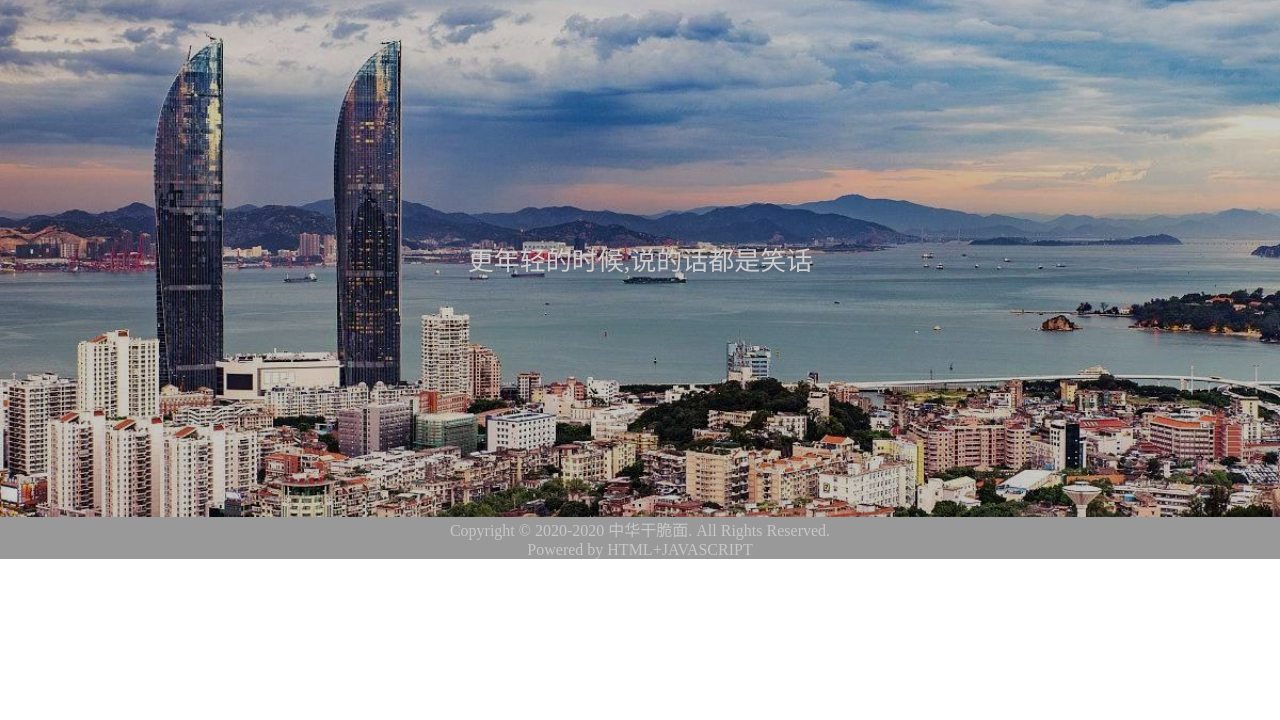
Repository: airsky0605/airsky0605.github.io
Page: index.html
These files come from the project's save history. The page is drawn as it stood at one moment and after a run of saves; the edit follows.
The browser window is 1280 px wide. The pictures show the whole page.

Above is the page before, as saved 2020-04-10 17:35:24.

### index.html
<!DOCTYPE html>
<html lang="en">
<head>
  <meta charset="UTF-8">
  <meta name="viewport" content="width=device-width, initial-scale=1.0">
  <meta http-equiv="X-UA-Compatible" content="ie=edge">
  <link rel="stylesheet" href="./css/common.css">
  <link rel="stylesheet" href="./css/reset.css">
  <title>Document</title>
</head>
<body>
  <div class="banner">
    <div class="inner">
      <p class="t1">更年轻的时候,说的话都是笑话</p>
    </div>
  </div>
  <footer class="footer">
    <div class="inner">
      <p>Copyright © 2020-2020 中华干脆面. All Rights Reserved.</p>
      <p>Powered by HTML+JAVASCRIPT</p>
    </div>
  </footer>
</body>
</html>

### css/common.css
.banner{
  position: relative;
  background: url(../img/banner.jpeg) 0% 50% / cover no-repeat;
}
.banner::after{
  content: "";
  position: absolute;
  top: 0px;
  left: 0px;
  width: 100%;
  height: 100%;
  z-index: 1;
  background: rgba(0, 0, 0, 0.2);
}
.banner .inner{
  padding: 240px 0;
  position: relative;
}
.banner .inner p{
  text-align: center;
  color: #fff;
  position: relative;
  background: transparent;
}
.banner .inner .t1{
  font-size: 26px;

}
.banner .inner .t2{
  font-size: 22px;
  text-decoration: line-through;
}

.footer{
  background: #999;
  color: #c6c7c9;
  text-align: center;
}

### css/reset.css
/*RESET v3*/
html, body, div, span, object, iframe, h1, h2, h3, h4, h5, h6, p, blockquote, a, cite, img, sub, sup, dl, dt, dd, ol, ul, li, fieldset, form, label, legend, table, caption, tbody, tfoot, thead, tr, th, td, article, aside, canvas, details, embed, figure, figcaption, footer, header, hgroup, menu, nav, output, ruby, section, summary, time, mark, audio, video {
  border: 0;
  font: inherit;
  margin: 0;
  padding: 0;
  font-weight: normal;
  vertical-align: baseline;
}
html,body{
  height:100%
}
article, aside, details, figcaption, figure, footer, header, hgroup, menu, nav, section {
  display: block;
}
button {
  outline: none;
}
ol, ul {
  margin: 0;
  padding: 0;
}
ol, ul, li {
  list-style: none;
}
i, em {
  font-style: normal;
}
blockquote {
  quotes: none;
}
blockquote:before, blockquote:after {
  content: '';
  content: none;
}
a {
  outline: none;
  text-decoration: none;
  text-decoration:none;
  text-decoration: none;
  transition: background-color .5s ease 0s,color .5s ease 0s,width .5s ease 0s,border-width .5s ease 0s,border-color .5s ease 0s;
  -webkit-transition: background-color .5s ease 0s,color .5s ease 0s,width .5s ease 0s,border-width .5s ease 0s,border-color .5s ease 0s;
  -moz-transition: background-color .5s ease 0s,color .5s ease 0s,width .5s ease 0s,border-width .5s ease 0s,border-color .5s ease 0s;
  -ms-transition: background-color .5s ease 0s,color .5s ease 0s,width .5s ease 0s,border-width .5s ease 0s,border-color .5s ease 0s;
  -o-transition: background-color .5s ease 0s,color .5s ease 0s,width .5s ease 0s,border-width .5s ease 0s,border-color .5s ease 0s
}
input, textarea{
  font-family: inherit;
  font-size: inherit;
  color: inherit;
  outline: none;
  border: 0;
  margin: 0;
  padding: 0;
}
select, option{
  font-family: inherit;
}
.noselect{
  -webkit-user-select: none;
  user-select: none;
}
.clear {
  clear: both;
}
.clearfix:before,.clearfix:after{
  content:"";
  display:table;
}
.clearfix:after{
  clear:both;
}
.clearfix{
  *zoom:1;
}


.el-pagination{
  padding-left: 0!important;
}
.el-pagination.is-background .btn-next, .el-pagination.is-background .btn-prev, .el-pagination.is-background .el-pager li{
  margin-left: 0!important;
}
.w-e-menu{
  z-index: 2 !important;
}
.w-e-text-container{
  z-index: 1 !important;
}

After the next 2 saves:
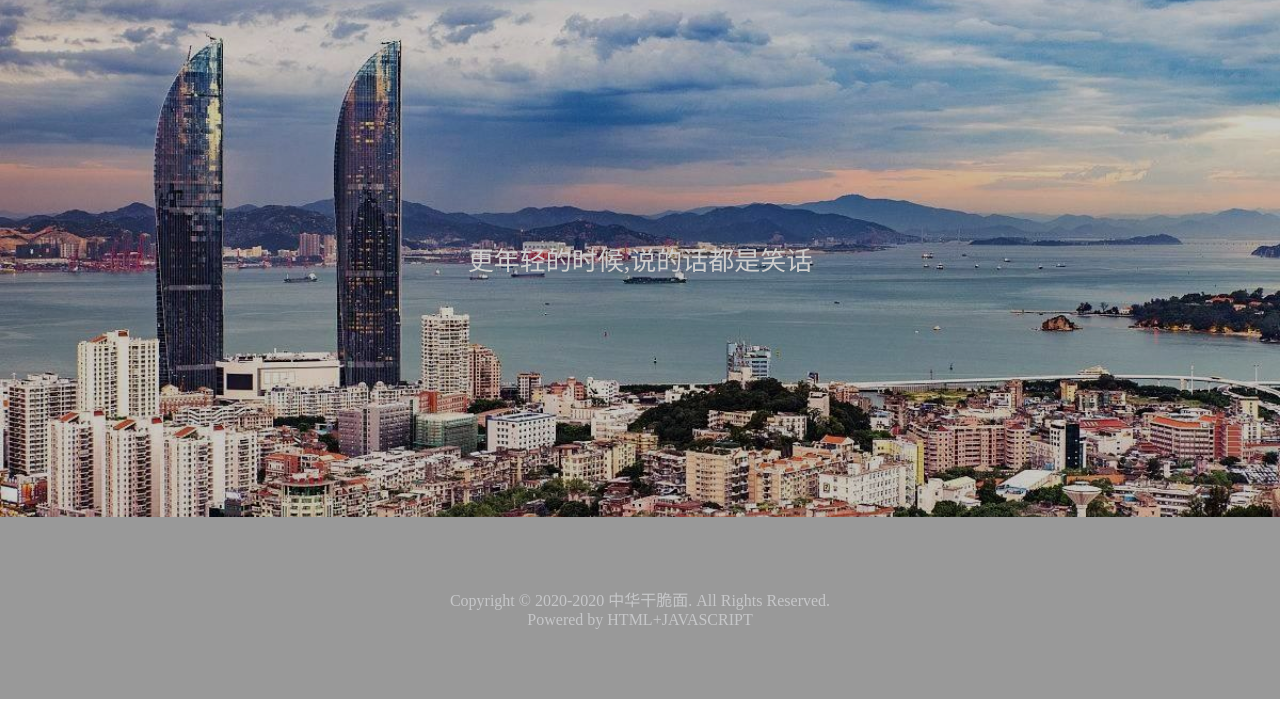
The 2 saves are shown as one change because they came seconds apart.
The last was saved 10 min 29 s later.
--- a/css/common.css
+++ b/css/common.css
@@ -36,3 +36,6 @@
   color: #c6c7c9;
   text-align: center;
 }
+.footer .inner{
+  padding: 70px 0;
+}
